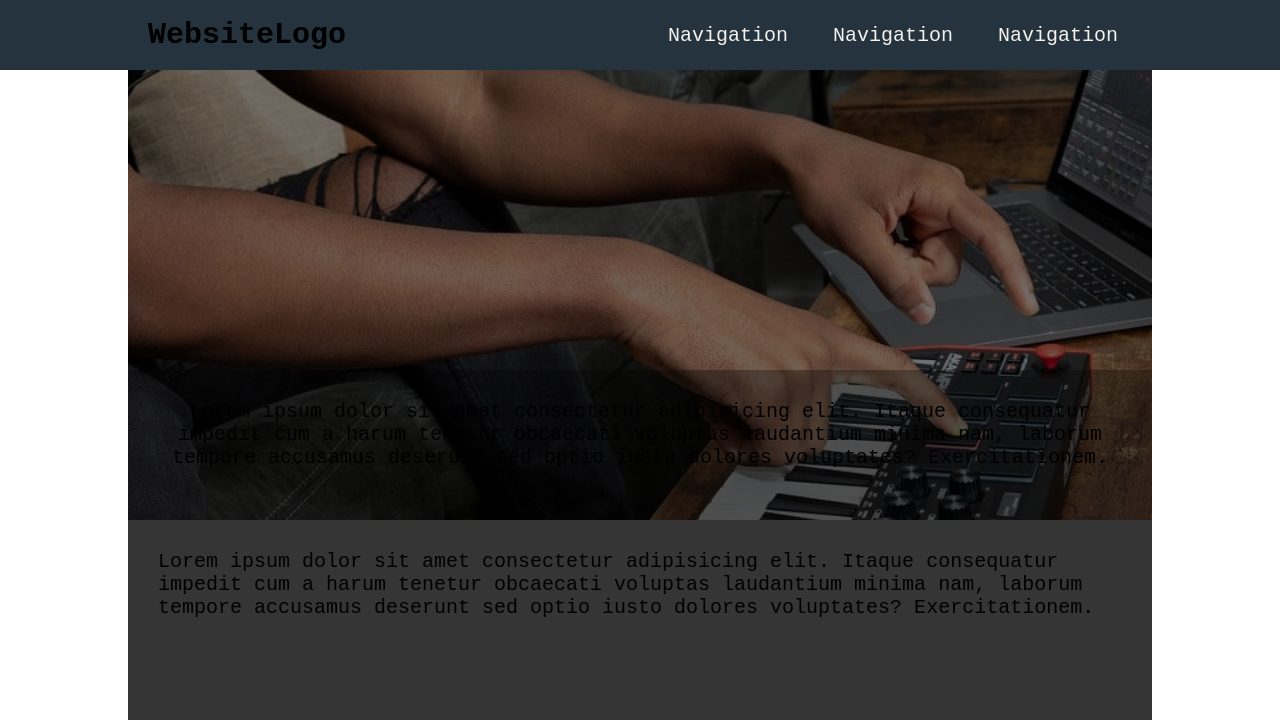
Repository: piotrokrutniak/Projekt-Studia
Page: index.html
An editor plug-in stored every save of this project. The page is shown before and after the next save, followed by the edit.
The browser window is 1280 px wide. The pictures show the whole page.

Above is the page before, as saved 2023-03-04 14:16:33.

### index.html
<!DOCTYPE html>
<head>
    <meta charset="UTF-8" />
    <meta http-equiv="X-UA-Compatible" content="IE=edge" />
    <meta name="viewport" content="width=device-width, initial-scale=1.0" />
    <link rel="stylesheet" type="text/css" href="styles.css" />
    <title>Website Title</title>
</head>
<body>
    <div class="navbar-container">
        <div class="navbar">
            <div class="logo">
                <div class="logo-contents">
                    WebsiteLogo
                </div>
            </div>
            <div class="navigation">
                <a href="/index" class="navigation-link">
                    <div class="navigation-button">
                        Navigation
                    </div>
                </a>
                <a href="/index" class="navigation-link">
                    <div class="navigation-button">
                        Navigation
                    </div>
                </a>
                <a href="/index" class="navigation-link">
                    <div class="navigation-button">
                        Navigation
                    </div>
                </a>
            </div>
        </div>
    </div>

    <div class="main-section">
        <div class="carousel-section">
            <img class="carousel-img" src="img/Hero-2.jpg" alt="MIDI controller on a table">
            <div class="carousel-desc">
                Lorem ipsum dolor sit amet consectetur adipisicing elit. Itaque consequatur impedit cum a harum tenetur obcaecati voluptas laudantium minima nam, laborum tempore accusamus deserunt sed optio iusto dolores voluptates? Exercitationem.

            </div>
        </div>
        <div class="text-section">
        Lorem ipsum dolor sit amet consectetur adipisicing elit. Itaque consequatur impedit cum a harum tenetur obcaecati voluptas laudantium minima nam, laborum tempore accusamus deserunt sed optio iusto dolores voluptates? Exercitationem.
        </div>
    </div>
</body>

### styles.css
:root{
    --nav-link-width: 150px;
}

body{
    font-family: monospace;
    margin: 0;
    min-width: 328px;
}

.navbar-container{
    width: 100%;
    height: 70px;
    background: rgb(36, 51, 61);
    position: sticky;
    top: 0;
    max-width: 100%;
    overflow: hidden;

}

.navbar{
    position: relative;
    max-width: 1024px;
    min-width: 328px;
    height: 50px;
    top: 0px;
    margin: auto;
    display: flex;
    flex-direction:row;
    justify-content: space-between;
    top: 50%;
    -ms-transform: translateY(-50%);
    transform: translateY(-50%);
    font-size: 20px;
}

a{
    text-decoration: none;
    color:rgba(245, 242, 238);
}

.navigation{
    display: grid;
    grid-template-columns: var(--nav-link-width) var(--nav-link-width) var(--nav-link-width);
    grid-gap: 15px;
    padding-right: 20px;
}

.navigation-link{
    position: relative;
    padding-left: 15px;
    padding-right: 15px;
    transition: 0.15s;
    transition-timing-function: ease-in-out;
    border: 1px solid;
    border-radius: 5px;
    border-color: rgba(255, 255, 255, 0);
}

.navigation-link:hover{
    border-color: rgba(255, 255, 255, 0.103);

}

.navigation-button{
    text-align: center;
    position: relative;
    top: 50%;
    -ms-transform: translateY(-50%);
    transform: translateY(-50%);
}

.logo{
    position: relative;
    height: 49px;
    padding-left: 20px;
    padding-right: 20px;
    font-weight: 900;
    font-size: 30px;
}

.logo-contents{
    text-align: center;
    position: relative;
    top: 50%;
    -ms-transform: translateY(-50%);
    transform: translateY(-50%);
}

.main-section{
    position: relative;
    max-width: 1024px;
    min-width: 328px;
    min-height: calc(100vh - 70px);
    margin: auto;
    font-size: 20px;
    background: rgb(53, 53, 53);
}

.carousel-section{
    position: relative;
    width: 100%;
    height: 450px;
    background: floralwhite;
}

@media screen and (max-width:750px){
    .carousel-section{
        min-height: 300px;
        height: auto;
    }
}

.carousel-section{
    background: black;
    max-width: 100%;
    width: 100%;
    text-align:center;
    position: sticky;
    margin: auto;
    max-height:calc(100vh - 80px);
    min-height: 250px;
    overflow: hidden;
}

.carousel-img{
    width: 100%;
    max-height:calc(100vh - 80px);
    display: flex;
    position: sticky;
    flex-shrink:0;
    object-fit:cover;
    min-height: 250px;
    object-fit: cover;
    opacity: 0.45;
}

.carousel-desc{
    position: absolute;
    bottom: 0px;
    width: calc(100% - 60px);
    max-width: 100%;
    background: rgba(0, 0, 0, 0.315);
    height: 20%;
    min-height: 50px;
    max-width: 1024px;
    min-width: 328px;
    padding: 30px;
}

.text-section{
    padding: 30px;
}

After the next save:
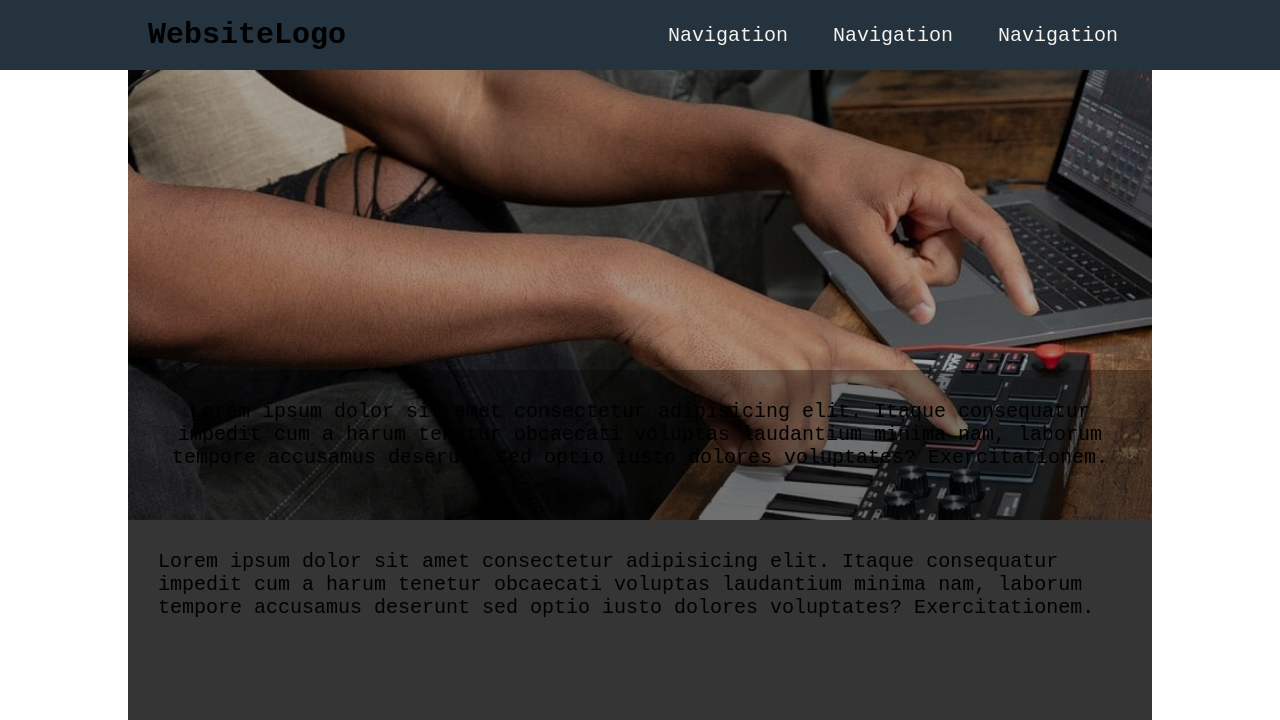
Saved 7 s later.
--- a/styles.css
+++ b/styles.css
@@ -133,7 +133,7 @@ a{
     object-fit:cover;
     min-height: 250px;
     object-fit: cover;
-    opacity: 0.45;
+    opacity: 0.65;
 }
 
 .carousel-desc{
